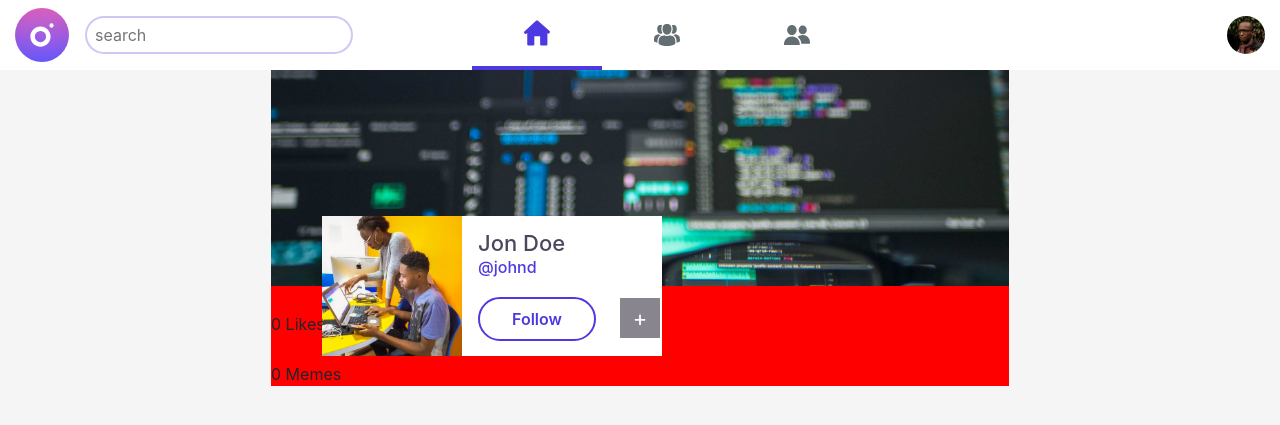
Repository: Flovet-stack/memic
Page: admin-profile.html
An editor plug-in stored every save of this project. The page is shown before and after the next save, followed by the edit.
The browser window is 1280 px wide. The pictures show the whole page.
Some web fonts or font styles are not loaded; a fallback is used.

Above is the page before, as saved 2020-10-27 23:55:04.
Console error: TypeError: Cannot read properties of undefined (reading 'fn')

### admin-profile.html
<!DOCTYPE html>
<html lang="en">
<head>
    <meta charset="UTF-8">
    <meta name="viewport" content="width=device-width, initial-scale=1.0">
    <link rel="icon" type="image/png" sizes="32x32" href="assets/images/faceit.svg">
    <!-- custom styles -->
    <link rel="stylesheet" href="css/home.css">
    <link rel="stylesheet" href="css/admin-profile.css">

    <!-- custom fonts -->
    <link rel="stylesheet" href="/usr/share/fonts/opentype/malayalam/Manjari-Regular.otf">

    <!-- bootstrap css styles -->
    <link rel="stylesheet" href="dist/css/bootstrap.min.css">
    <title>memes | Home</title>
</head>
<body>
    <!-- start of the home page design template -->

    <!-- start of the head section of the page -->
    <div class="home-head container-fluid">
        <div class="row">
            <div class="home-head-sec-1">
                <div class="logo"><img src="assets/images/faceit.svg" alt=""></div>
                <form>
                    <input data-toggle="tooltip" title="search" type="text" name="" id="" placeholder="search">
                </form>
            </div>
            <div class="home-head-sec-2">
                <a data-toggle="tooltip" title="Home" class="active" href="#">
                    <img class="primary-icon" src="assets/icons/house.svg" alt="">
                    <img class="secondary-icon" src="assets/icons/house-primary.svg" alt="">
                </a>
                <a data-toggle="tooltip" title="Groups" href="#">
                    <img class="primary-icon" src="assets/icons/user-group.svg" alt="">
                    <img class="secondary-icon" src="assets/icons/user-group-primary.svg" alt="">
                </a>
                <a data-toggle="tooltip" title="Friends" href="#">
                    <img class="primary-icon" src="assets/icons/friends.svg" alt="">
                    <img class="secondary-icon" src="assets/icons/friends-primary.svg" alt="">
                </a>
            </div>
            <div class="home-head-sec-3">
                <div class="user-menu">
                    <img src="assets/images/avatar.jpg" alt="">
                </div>
            </div>
        </div>
    </div>
    <!-- end of the head section of the page -->
    <!-- start of the body section of the page -->
    <div class="home-body container-fluid">
        <div class="row">
            <div class="home-center">
                <div class="container-fluid">
                    <div class="profile-card">
                        <div class="profile-cover" style="background: url(assets/images/kevin-ku-w7ZyuGYNpRQ-unsplash.jpg);">
                            <div class="profile-info">
                                <div class="profile-info-pic"><img src="assets/images/Pic.jpg" alt=""></div>
                                <div class="profile-info-details">
                                    <h3>Jon Doe</h3>
                                    <h5>@johnd</h5>
                                    <button class="follow-btn">Follow</button>
                                </div>
                            </div>
                            <button class="change-cover-btn">+</button>
                        </div>
                    <div class="profile-stat">
                        <div class="static-stat">
                            <span class="stat-value">0</span>
                            <span class="stat-name">Likes</span>
                        </div>
                        <div class="static-stat">
                            <span class="stat-value">0</span>
                            <span class="stat-name">Memes</span>
                        </div>
                    </div>
                    </div>
                </div>
            </div>
        </div>
    </div>
    <!-- end of the head section of the page -->

    <!-- end of the home page design template -->

    <script src="dist/js/bootstrap.min.js"></script>
    <script src="https://code.jquery.com/jquery-3.5.1.slim.min.js"
        integrity="sha384-DfXdz2htPH0lsSSs5nCTpuj/zy4C+OGpamoFVy38MVBnE+IbbVYUew+OrCXaRkfj"
        crossorigin="anonymous"></script>
</body>
</html>

### css/home.css
@import 'main-styles.css';
@import 'user-card.css';
@import 'post-card.css';

.home-head {
    width: 100vw;
    height: 70px;
    /* background-color: var(--white-shade-1); */
    background-color: var(--white) !important;
    /* border-bottom: var(--border); */
    padding: var(--padding-1) var(--padding-3);
    position: fixed;
    z-index: 9;
}
.home-head .row {
    text-align: center;
    justify-content: space-between;
}
.home-head-sec-1 {
    width: calc((100vw - 740px) / 2);
    height: calc(70px - (var(--padding-1) * 2));
    display: flex;
}
.home-head-sec-1 .logo {
    height: 100%;
    width: auto;
    display: grid;
    align-items: center;
    justify-content: center;
}
.home-head-sec-1 .logo img {
    height: calc(70px - (var(--padding-1) * 2));
    width: calc(70px - (var(--padding-1) * 2));
}
.home-head-sec-1 form {
    height: 100%;
    width: auto;
    display: grid;
    align-items: center;
    margin-left: var(--padding-2);
}
.home-head-sec-1 form input {
    height: 70%;
    width: auto;
    display: grid;
    justify-content: center;
    outline: none;
    padding: 0 var(--padding-1);
    border: 2px solid var(--secondary-overlay);
    border-radius: var(--border-radius);
    transition-duration: var(--duration);
}
.home-head-sec-1 form input:focus {
    border: 3px solid var(--secondary-overlay);
    transition-duration: var(--duration);
    height: 85%;
}
.home-head-sec-2 {
    height: calc(70px - (var(--padding-1) * 2));
    max-width: 740px;
    width: 740px;
    display: flex;
    align-items: center;
    justify-content: center;
}
.home-head-sec-2 a {
    width: 130px;
    height: 100%;
    display: flex;
    align-items: center;
    justify-content: center;
    outline: none;
    border-radius: var(--border-radius);
    transition-duration: var(--duration);
}
.home-head-sec-2 a:hover {
    background-color: var(--white-shade-1);
    transition-duration: var(--duration);
}
.home-head-sec-2 a img{
    width: 20%;
}
.home-head-sec-3 {
    text-align: right;
    display: grid;
    align-content: center;
    /* background-color: red; */
    width: calc((100vw - 740px) / 2.5);
    height: calc(70px - (var(--padding-1) * 2));
}
.secondary-icon{
    display: none;
}
.home-head-sec-2 a.active {
    height: 70px !important;
    border-radius: 0 !important;
    background-color: transparent;
    border-bottom: 4px solid var(--secondary-color);
}
.home-head-sec-2 .active:hover {
    background-color: transparent !important;
}
.active .secondary-icon {
    display: block;
}
.active .primary-icon {
    display: none;
}
.home-head-sec-3 .user-menu img {
    width: calc(70px - (var(--padding-2) * 2));
    height: calc(70px - (var(--padding-2) * 2));
    border-radius: var(--circular-radius);
}
/* @media (min-width: 768px) {
  .container {
    max-width: 720px;
  }
}

@media (min-width: 992px) {
  .container {
    max-width: 960px;
  }
}

@media (min-width: 1200px) {
  .container {
    max-width: 1140px;
  }
} */

/* start of the home body section */
.home-body {
    width: 100vw;
    /* height: calc(100vh - 70px); */
}
.home-left {
    width: 20vw;
    height: calc(100vh - 70px);
    padding: var(--padding-2);
    position: fixed;
    top: 70px;
    left: 0;
    background-color: var(--white);
}
.home-center {
    /* border-top: var(--border); */
    position: absolute;
    left: 20vw;
    top: 70px;
    width: 60vw;
    height: auto;
    box-sizing: border-box !important;
}
.home-center-sub {
    margin: var(--padding-2) auto;
    width: 75% !important;
    min-width: 430px;
}
.home-right {
    width: 20vw;
    height: calc(100vh - 70px);
    background-color: var(--white);
    position: fixed;
    top: 70px;
    right: 0;
    padding: var(--padding-2);
}
/* end of the home body section */
/* start of the home left section */
.home-left .user-card {
    width: 100%;
}
.home-left .user-card:hover {
    background-color: var(--transparent-overlay);
}
.home-left .user-card .card-time {
    display: none;
}
#home-left-nav-1 {
    width: 100%;
    height: auto;
    margin-top: var(--padding-3) !important;
    padding: 0;
}
.home-left ul {
    width: 100%;
    height: auto;
}
.home-left .nav-item {
    list-style-type: none;
    width: 100%;
    height: auto;
}
.home-left .nav-link {
    width: 100%;
    height: auto;
    font-size: var(--font-size-2);
    border-radius: var(--border-radius);
    background-color: transparent;
    color: var(--text-color);
    font-weight: 500;
    display: flex;
    transition: var(--duration);
}
.home-left .nav-link:hover {
    background-color: var(--transparent-overlay);
    transition: var(--duration);
}
.home-left .nav-link .nav-link-icon {
    width: 15%;
    display: flex;
    justify-content: right;
    align-items: center;
}
.home-left .nav-link .nav-link-detail {
    width: 80% !important;
    /* background-color: rgba(172, 255, 47, 0.596); */
    display: grid;
    align-items: center;
}
.nav-link-detail-text {
    font-size: var(--font-size-2);
    line-height: 18px;
}
.nav-link-detail-info {
    font-size: calc(var(--font-size-1) - 2px);
    line-height: 15px;
    color: var(--secondary-color);
}
.nav-link-icon img {
    width: 40px;
    height: 40px;
}
.home-left hr {
    width: 100%;
    border: none;
    height: 3px;
    background-color: var(--white-shade-2);
}
#home-left-nav-2 h6 {
    color: var(--text-color);
    font-weight: 600;
}
#home-left-footer {
    width: 100%;
    height: au;
    position: absolute;
    top: 100%;
    transform: translateY(-100%);
}
#home-left-footer ul {
    width: 100%;
    height: auto;
    padding: 0 !important;
    padding: 0 5px;
}
#home-left-footer li {
    display: inline-block;
    list-style-type: none;
    color: var(--border-color);
}
#home-left-footer li::after {
    content: '.';
    position: absolute;
    bottom: 50%;
    padding-left: 5px;
}
#home-left-footer li:last-child::after {
    content: '';
}
#home-left-footer a {
    color: var(--dark-overlay);
    font-size: calc(var(--font-size-1) - 3px);
}
#home-left-footer a:hover {
    color: var(--dark-overlay)
}
/* end of the home left section */
/* Start of the status section */
.home-center-top {
    width: 59.2vw;
    height: 3px;
    background-color: var(--white-shade-2);
    position: fixed;
    margin: 0 !important;
    z-index: 9;
    /* padding-top: var(--padding-2); */
}
.status-section {
    width: auto;
    height: 250px;
    display: flex;
    margin-bottom: var(--padding-2);
    transition-duration: var(--duration);
    padding: 0 !important;
}
.status-section:hover {
    transition-duration: var(--duration);
}
.status {
    width: 160px;
    height: 100%;
    border-radius: var(--border-radius);
    background-color: var(--white-shade-2);
    margin-right: var(--padding-1);
    background-repeat: no-repeat !important;
    background-position: center !important;
    background-size: cover !important;
    transition-duration: var(--duration);
}
.status:hover {
    position: relative;
    transform: scale(1.03);
    z-index: 2;
    transition-duration: var(--duration);
}
.status:hover .status-sub {
    background-color: var(--secondary-overlay);
    transition-duration: var(--duration);
}
.status-sub {
    padding-top: var(--padding-2);
    width: 100%;
    height: 100%;
    border-radius: var(--border-radius);
    background: linear-gradient( 130deg, var(--dark-overlay), transparent);
    transition-duration: var(--duration);
}
.status-sub .user-card {
    margin: 0 auto;
    transform: scale(.9);
}
.status-sub .user-card-pic {
    border: 3px solid var(--secondary-color);
}
.status-sub .username,
.status-sub .card-time {
    color: var(--white);
}
/* end of the status section */
/* Start of the right sidebar section */
.home-right .event-section {
    width: 100%;
    height: auto;
}
.right-sidebar-event {
    width: 100%;
    height: auto;
    background-color: transparent;
    display: flex;
    /* transform: scale(.97); */
    border-radius: calc(var(--border-radius));
    transition-duration: var(--duration);
    text-decoration: none;
}
.right-sidebar-event:hover {
    background-color: var(--white-shade-1);
    transition-duration: var(--duration);
    text-decoration: none;
}
.right-sidebar-event-img {
    width: 35%;
    height: auto;
    transform: scale(.9);
}
.right-sidebar-event-img img {
    width: 100%;
    border-radius: calc(var(--border-radius));
}
.right-sidebar-event-details {
    width: 65%;
    display: grid;
    align-content: center;
    padding-left: var(--padding-1);
    color: var(--text-color)
}
.right-sidebar-event-details h5 {
    font-size: var(--font-size-2);
    line-height: .5;
    font-weight: 600;
}
.right-sidebar-event-details h6 {
    font-size: var(--font-size-1);
}
.home-right hr {
    width: 100%;
    border: none;
    height: 3px;
    background-color: var(--white-shade-2);
}
.home-right-notification {
    width: 100%;
    height: auto;
}
.home-right-notification h6 {
    margin-top: var(--padding-2);
    color: var(--text-color);
}
.notification-reply {
    margin-top: var(--padding-1);
    width: 100%;
    height: auto;
    display: flex;
    justify-content: space-between;
}
.notification-reply button {
    width: 49%;
    height: 40px;
    border-radius: var(--border-radius);
    border: none;
    color: var(--text-color);
    transition-duration: var(--duration);
    font-weight: 600;
    outline: none !important;
}
.notification-reply button:hover {
    background-color: var(--white-shade-1);
    transition-duration: var(--duration);
}
.notification-reply button.confirm-request {
    background-color: var(--secondary-color);
    color: var(--white);
    transition-duration: var(--duration);
}
.notification-reply button.confirm-request:hover {
    background-color: var(--secondary-overlay);
    transition-duration: var(--duration);
    color: var(--text-color);
}
/* end of the right sidebar section */

@media (max-width: 768px) {
    .home-head-sec-2 {
        margin: 0 !important;
        width: 340px;
    }
    .home-head-sec-1 form {
        display: none;
    }
    .home-head-sec-1 ,
    .home-head-sec-3 {
        width: calc((100vw - 340px) / 2.5);
    }
    .home-head-sec-1 .logo img {
        height: calc(70px - (var(--padding-2) * 2));
        width: calc(70px - (var(--padding-2) * 2));
    }
    .status-section {
        display: none;
    }
    .home-center {
        width: 100vw;
        position: absolute;
        left: 0;
    }
    .post-card {
        width: 100%;
        margin: var(--padding-2) auto;
    }
    .home-right,
    .home-left {
        display: none;
        width: 0px;
    }
}

@media (min-width: 992px) {
    /* .post-card {
        width: 960px;
    } */
}

@media (min-width: 1200px) {
}

### css/admin-profile.css
.profile-card {
    width: 100%;
    height: auto;
    background-color: red;
}
.profile-cover {
    width: 100%;
    height: 30vh;
    background-color: blue;
    background-size: 100% !important;
    background-position: center !important;
}
.profile-info {
    width: 340px;
    height: 140px;
    background-color: var(--white);
    position: relative;
    top: 100%;
    transform: translate(15%, -50%);
    display: flex;
    /* border-radius: 70px; */
    /* border-top-right-radius: 70px;
    border-bottom-right-radius: 70px; */
}
.profile-info-pic {
    width: 140px;
    height: 140px;
    background-color: var(--secondary-color);
}
.profile-info-pic img {
    width: 100%;
    height: 100%;
    /* border-top-right-radius: var(--circular-radius);
    border-bottom-right-radius: var(--circular-radius); */
}
.profile-info-details {
    padding: var(--padding-2);
}
.profile-info-details h3 {
    color:var(--text-color);
    font-size: var(--font-size-4);
    line-height: 1;
}
.profile-info-details h5 {
    color:var(--secondary-color);
    font-size: var(--font-size-1);
    line-height: .7;
}
.profile-info-details .follow-btn {
    margin-top: var(--padding-2);
}
.change-cover-btn {
    width: 40px;
    height: 40px;
    position: relative;
    transform: translate(-50%, -50%);
    left: 50%;
    top: 50%;
    border: none;
    background-color: var(--dark-overlay);
    color: var(--white);
    font-size: 22px;
    transition-duration: var(--duration);
    outline: none !important;
}
.change-cover-btn:hover {
    background-color: #000;
    transition-duration: var(--duration);
}
.profile-stat {
    width: 100%;
    height: 100px;
    background-color: red;
    display: grid;
    /* justify-items: flex-end; */
    align-items: flex-end;
}

### css/main-styles.css
:root {
    /* color palette */
    --white: #fff;
    /* --white: #1e272e !important; */
    --white-shade-0: rgb(253, 253, 253);
    --white-shade-1: #f0f8ff;
    --white-shade-2: #ececec79;
    --white-shade-3: #d0d0d0;
    --border-color: #b2bec3;
    --primary-color: #636E72;
    /* --secondary-color: #6c5ce7; */
    --secondary-color: #4d39e0;
    --secondary-overlay: #4d39e046;
    /* --secondary-overlay: #6c5ce746; */
    --red: #d63031;
    /* --red: #970f3c; */
    --dark-overlay: rgba(10, 2, 19, 0.479);
    --transparent-overlay: #ebf6ff;
    --transparent-overlay-2: #d0d0d059;

    /* text-editing */
    --font-size-1: 16px;
    --font-size-2: 18px;
    --font-size-3: 20px;
    --font-size-4: 22px;
    --normal: 400;
    --light: 200;
    --thick: 600;
    --font-family: Manjari;
    --text-color: rgb(73, 72, 93);
    /* --text-color: #fff; */

    /* box-styling */
    --padding-1: .5rem;
    --padding-2: 1rem;
    --padding-3: 2rem;
    --border-radius: 50px;
    --circular-radius: 50%;
    --border: 2px solid var(--white-shade-2);

    /* animations */
    --duration: .5s;
}

body {
    box-sizing: border-box;
    font-family: var(--font-family);
    overflow-x: hidden;
    background-color: var(--white-shade-2) !important;
}
.row {
    margin-right: 0 !important;
    margin-left: 0 !important;
}
a {
    outline: none !important;
}
.follow-btn {
    border: 2px solid var(--secondary-color);
    background: var(--whi);
    padding: var(--padding-1) var(--padding-3);
    border-radius: var(--border-radius);
    color: var(--secondary-color);
    transition-duration: var(--duration);
    font-weight: 600;
    outline: none !important;
}
.follow-btn:hover {
    background-color: var(--secondary-color);
    color: var(--white);
    transition-duration: var(--duration);
}

### css/user-card.css
/* start of the user card styling */
.user-card {
    width: 150px;
    height: 50px;
    display: flex;
    color: var(--white);
    text-decoration: none;
    border-radius: var(--border-radius);
    transition-duration: var(--duration);
}
.user-card:hover {
    text-decoration: none;
    background-color: var(--transparent-overlay-2);
    transition-duration: var(--duration);
}
.user-card-pic {
    width: 50px;
    height: 50px;
    border-radius: var(--circular-radius);
    background-repeat: no-repeat !important;
    background-position: center !important;
    background-size: cover !important;
}
.user-card-detail {
    width: auto;
    height: 50px;
    padding-left: var(--padding-1);
    color: var(--text-color);
    display: grid;
    align-content: center;
}
.username {
    font-size: var(--font-size-2);
    font-weight: 600;
}
.card-time {
    font-size: var(--font-size-1);
    color: var(--secondary-color);
}
/* end of the user card styling */

### css/post-card.css
.post-card {
    width: 80%;
    margin: var(--padding-2) auto;
    background-color: var(--white);
    border-radius: var(--border-radius);
    padding: var(--padding-2) 0;
    /* background-color: var(--transparent-overlay); */
    background-color: var(--white);
    border: var(--border);
}
.post-card .user-card {
    margin-left: var(--padding-2);
}
/* .post-card .user-card:hover {
    background-color: var(--secondary-overlay);
} */
.post-card img {
    width: 100%;
}
.post-img {
    transform: scale(.97);
    border-radius: var(--border-radius) !important;
    background-color: var(--transparent-overlay);
}
.post-card-footer {
    margin-top: var(--padding-1);
    padding: 0 var(--padding-2);
    width: 100%;
    display: flex;
    height: auto;
}
.react,
.actions {
    width: 50%;
    height: 50px;
    display: grid;
    align-items: center;
}
.react-sub,
.actions-sub {
    width: 100%;
    height: 100%;
    display: flex;
    text-align: left;
}
.actions-sub {
    flex-direction: row-reverse;
}
.actions-sub a {
    flex-direction: row-reverse;
    margin-right: 0 !important;
    margin-left: var(--padding-1) !important;
}
.react-sub a,
.actions-sub a {
    width: 50px;
    height: 50px;
    background-color: transparent;
    margin-right: var(--padding-1);
    display: flex;
    align-items: center;
    justify-content: center;
    border-radius: var(--circular-radius);
}
.react-sub a img,
.actions-sub a img {
    width: 60%;
    height: auto;
    padding: 0 !important;
    transition-duration: var(--duration);
    border-radius: none !important;
}
.react-sub a:hover,
.actions-sub a:hover {
    background-color: var(--secondary-overlay);
    transition-duration: var(--duration);
}
.react-sub .dislike img{
    transform: rotatez(180deg) !important;
}
.share-options {
    height: auto;
    /* width: 0px; */
    width: calc((30px * 4) + ((var(--padding-1) * 2) * 6));
    background-color: var(--white);
    border-radius: var(--border-radius);
    padding:  var(--padding-1);
    /* box-shadow: 4px 4px 10px 3px var(--white-shade-2); */
    position: absolute;
    /* left: 100px; */
    margin-top: -60px;
    /* margin-left: 200px; */
    transform: scale(.9);
    transition-duration: 1s;
}
.share-options ul {
    width: auto;
    padding: 0 !important;
    margin: 0 !important;
}
.share-options li {
    width: auto;
    display: inline-block;
}
.share-options a{
    padding: var(--padding-1);
    /* background-color: red; */
}
.share-options a:hover {
    background-color: transparent;
}
.share-options a img{
    width: 30px;
    height: 30px;
    padding: .2rem !important;
    transition-duration: var(--duration);
}
.share-options a img:hover {
    transform: scale(1.3);
    transition-duration: var(--duration);
}
.share-icon {
    transition-duration: 1s
}
.share-icon:hover ~ .share-options {
    transition-duration: 1s;
    transform: scale(1);
}

.comment-section {
    width: 100%;
    padding: 0 var(--padding-2);
}
.comment-section h4 {
    font-size: var(--font-size-1);
    color: var(--text-color);
    font-weight: 600;
    margin-bottom: var(--padding-2);
}
.comment-form {
    display: flex;
    justify-content: space-between;
    margin-bottom: var(--padding-3);
}
.comment-form img {
    width: 50px;
    height: 50px;
    padding: 0 !important;
    border-radius: var(--circular-radius);
    margin-right: var(--padding-2);
}
.comment-form textarea {
    width: 75%;
    height: 50px;
    outline: none;
    font-size: var(--font-size-2);
    color: var(--text-color);
    padding: var(--padding-1) var(--padding-2);
    border: 1px solid var(--white);
    border-radius: var(--border-radius);
    transition-duration: var(--duration);
    margin-right: var(--padding-1);
    background-color: var(--white-shade-2);
}
.comment-form textarea:hover {
    border: 1px solid var(--secondary-overlay);
    transition-duration: var(--duration);
}
.comment-form textarea:focus {
    border: 1px solid var(--secondary-overlay);
    background-color: var(--white);
    transition-duration: var(--duration);
}
.comment-form button {
    outline: none !important;
    background-color: var(--secondary-overlay);
    border: none;
    border-radius: var(--circular-radius);
    color: var(--white);
    transition-duration: var(--duration);
}
.comment-form button:hover {
    outline: none;
    background-color: var(--secondary-color);
    transition-duration: var(--duration);
}
.comment {
    width: 95%;
    margin: 0 auto;
    height: auto;
    /* border-bottom: var(--border); */
}
.comment .user-card {
    margin: 0 !important;
}
.comment .user-card-pic {
    width: 30px;
    height: 30px;
    margin-top: 10px;
}
.comment .username {
    font-size: var(--font-size-1);
    line-height: .5;
}
.comment .card-time {
    font-size: calc(var(--font-size-1) - 2px) !important;
    /* line-height: .5; */
}
.comment .comment-content p {
    width: auto;
    height: auto;
    color: var(--text-color);
    margin: 0 calc(var(--padding-1) * 7);
    background-color: var(--white-shade-1);
    padding: var(--padding-1) var(--padding-3);
    border-radius: var(--border-radius);

    /* line-height: 5px; */
}
.comment .comment-like {
    height: 20px;
    font-size: calc(var(--font-size-1) - 2px);
    padding: 0 var(--padding-1);
    border-radius: var(--border-radius);
    position: relative;
    border: none;
    outline: none;
    /* bottom: 100%; */
    left: calc(100% - ((var(--padding-1) * 7) + 1.5rem));
    background-color: var(--secondary-color);
    color: var(--white);
    transition-duration: var(--duration);
    transform: translateY(-125%);
    display: flex;
    align-items: center;
    justify-content: center;
}
.comment .comment-like:hover {
    padding: 0 calc(var(--padding-1) + .1rem);
    transition-duration: var(--duration);
    background-color: var(--secondary-overlay);
}
.comment .comment-like img {
    width: 15px;
    height: 15px;
    margin-left: .3rem;
    transform: translateY(-1.5px);
}

/* @media (min-width: 768px) {
}

@media (min-width: 992px) {
}

@media (min-width: 1200px) {
} */

Loaded but not shown: dist/css/bootstrap.min.css (library); dist/js/bootstrap.min.js (library)

After the next save:
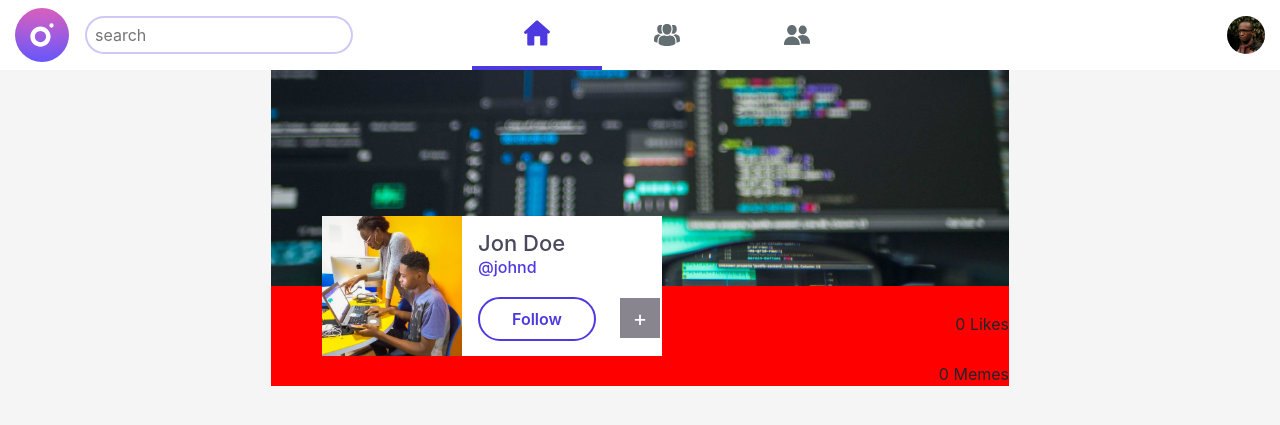
Saved 7 s later.
--- a/css/admin-profile.css
+++ b/css/admin-profile.css
@@ -72,6 +72,6 @@
     height: 100px;
     background-color: red;
     display: grid;
-    /* justify-items: flex-end; */
+    justify-items: flex-end;
     align-items: flex-end;
 }
